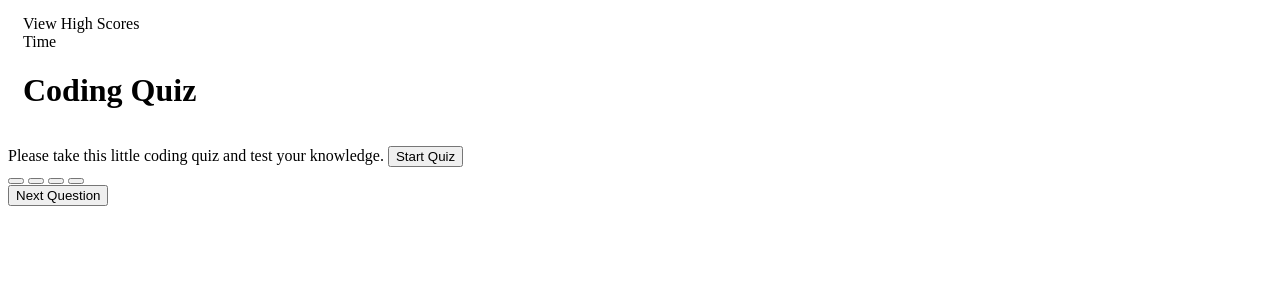
Repository: Naomilounsbury/code-quiz
Page: index.html
The author's editor kept a copy of each file at every save. The page is drawn from the files as they stood at one save, then again after the next save.
The browser window is 1280 px wide. The pictures show the whole page.

Above is the page before, as saved 2021-11-27 13:35:23.

### index.html
<!DOCTYPE html>
<html lang="en">
<head>
    <meta charset="UTF-8">
    <meta http-equiv="X-UA-Compatible" content="IE=edge">
    <meta name="viewport" content="width=device-width, initial-scale=1.0">
    <title>Code Quiz</title>
    <link rel="stylesheet" href="./assets/css/styles.css">
</head>
<body>
    <!-- basic words on the page, how do i get stuff inline? -->
 <header>
    <div class="high-scores">
     View High Scores
 </div>
 <!-- oh god I have to actually figure out how to do a timer -->
 <div class="timeS">
     Time
 </div>
 <h1 class="title">Coding Quiz</h1>
</header>
<!-- I then created a div element to introduce, maybe I'll add more to it later -->
 <div>

     Please take this little coding quiz and test your knowledge.
     <!-- I connected the button to the javascrpt woohoo -->
     <button onclick="onStartQuiz()">
         Start Quiz
     </button>
 </div>
 <!-- here is the quiz -->
 <form id="questions-form">
 <div id="question" class="question" >
    <!-- do i even need classes here? I know I will have to get buttons by id to be able to talk to them -->
     <button class="a" id="a" >
     </button>
     <button class="b" id="b">
     </button>
     <button class="c" id="c">
     </button>
     <button class="d" id="d">
     </button>


 </div>
 <button onclick="nextQuestion()">
        Next Question
</button>
</form>
<script src="./assets/js/script.js"></script>
</body>
</html>

### assets/css/styles.css
header {
    margin: 10px;
    padding: 5px;
    text-decoration-color: black;

}
.high-scores{
    text-align: left;
}
.time{
    text-align: right;
}

### assets/js/script.js

//I want to create an onclick function eventually
//so I'm creating my function
var onStartQuiz = function(){
    //when the quiz starts it grabs the first object in the array
    var currentQuestion = questions[0];
    //its going into the html and taking the div clas question and setting the value equal to the current question
    document.getElementById("question").innerText = currentQuestion.question

    //I dont know why these arent working and I'm crying
    // document.getElementById("button a").innerHTML = currentQuestion.a
    // document.getElementById("button b").innerHTML = currentQuestion.b
    // document.getElementById("button c").innerHTML = currentQuestion.c
    // document.getElementById("button d").innerHTML = currentQuestion.d
//create a separate onclick that changes the current question to something else
//create a next question button that will go on to the next question and save your answer
   console.log("hello")
}
//making an array of questions
var questions = [
    {
        //right now the key question is a string
        question: "To create an array, what kid of brackets are used?",
        answer: "a",
        a: "square brackets",
        b: "angle brackets",
        c: "curly brackets",
        d: "parentheses",
        //an array holds a list of items and since each question is an object we need a fucking comma
    },
    {
        question: "how do you create a branch with github?",
        answer: "b",
        a: "git push",
        b: "git branch",
        c: "git checkout",
        d: "git commit",
    },
    {
        question: "To create an array, what kid of brackets are used?",
        answer: "a",
        a: "square brackets",
        b: "angle brackets",
        c: "curly brackets",
        d: "parentheses",

    }
]

After the next save:
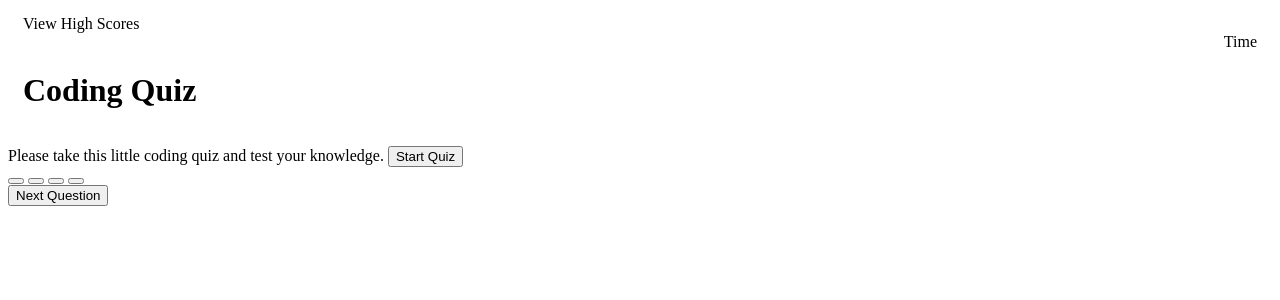
Saved 37 s later.
--- a/index.html
+++ b/index.html
@@ -14,7 +14,7 @@
      View High Scores
  </div>
  <!-- oh god I have to actually figure out how to do a timer -->
- <div class="timeS">
+ <div class="time">
      Time
  </div>
  <h1 class="title">Coding Quiz</h1>
